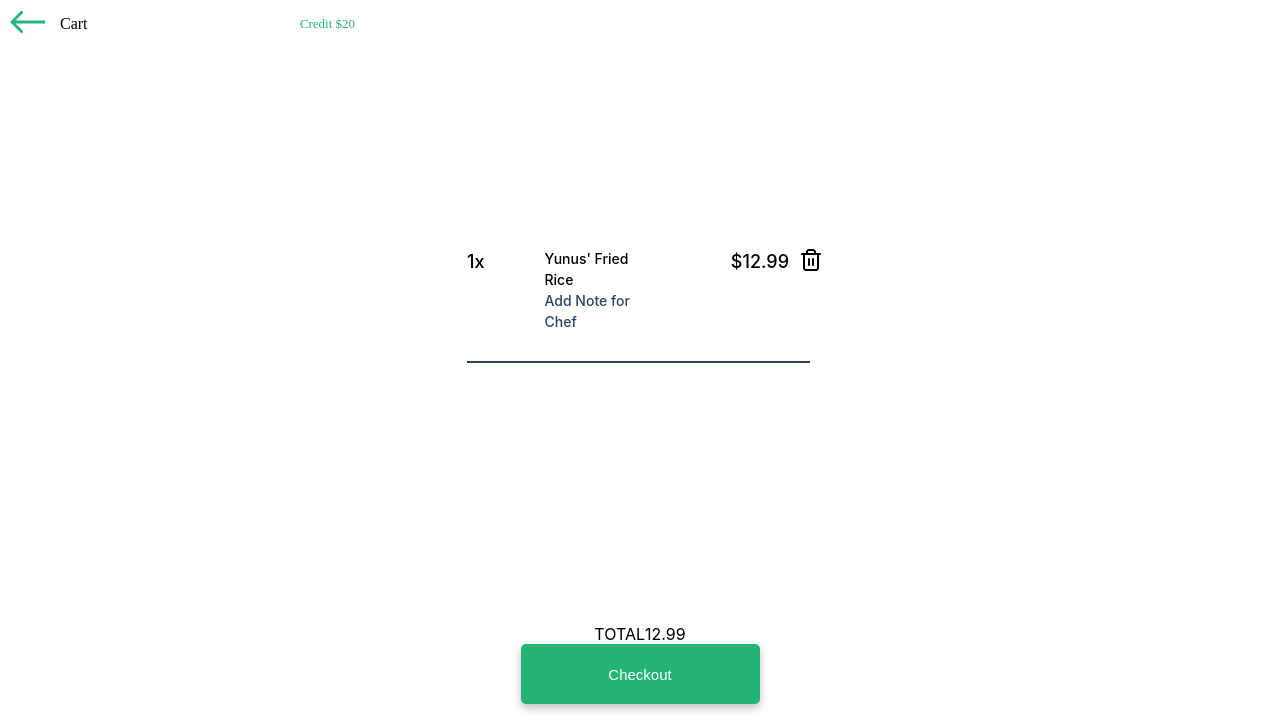
Repository: nguyenlejoe/HomeChef
Page: / (app in app/)
These files come from the project's save history. The page is drawn as it stood at one moment and after the next save; the edit follows.
The browser window is 1280 px wide. The pictures show the whole page.
The project was rebuilt for these pictures with package versions that can differ from the ones it lists, and the page was loaded fresh each time.

Above is the page before, as saved 2020-11-05 11:02:13.

### app/src/App.js
import React from 'react';
//import logo from './logo.svg';
//import './App.css';
import Pages from './pages/Checkout';

function App() {
  return (
    <Pages />
  );
}

export default App;

### app/src/pages/Checkout.js
import React from 'react';
import './Checkout.scss';
import CheckoutItem from '../comps/CheckoutItem';
import Button from '../comps/MainButton';
import TopBar from '../comps/TopBar';

export default function CheckoutPage() {
  return<div className="app">
       <div className="cart">
           <TopBar text="Cart"></TopBar>
       </div>
       <div className="checkout">
           <CheckoutItem></CheckoutItem>
       </div>

        <div className="total">
            <div>TOTAL</div>
            <div>12.99</div>
        </div>
        <div className="button">
            <Button text="Checkout"></Button>
        </div>
    </div>
}

### app/src/pages/Checkout.scss
.app{
    width: 100vw;
    height:100vh;
    overflow-x: hidden;

}

.cart{
    margin-bottom: 200px;
}

.checkout{
    margin-bottom: 300px;
    display: flex;
    justify-content: center;
}

.total{
    display: flex;
    justify-content: center;
}

.button{
    display: flex;
    justify-content: center;
}

### app/src/comps/CheckoutItem/index.js
import React from 'react';
import styled, {css} from 'styled-components';

const Checkoutitemcont = styled.div`

max-width:346px;
max-height:76px;


`
const Carttxt = styled.div`
display:flex;
flex-direction:row;
`
const Quantity = styled.div`
Margin-right: 60px;font-size: 18px;
font-style: normal;
font-weight: 500;
line-height: 27px;
letter-spacing: 0em;
text-align: left;

`

const ItemName = styled.div`
Margin-right: 90px;
font-size: 14px;
font-style: normal;
font-weight: 500;
line-height: 21px;
letter-spacing: 0em;
text-align: left;

`

const ChefNote = styled.div`
color: #2B445E;
cursor:pointer;

`

const Price = styled.div`
font-size: 18px;
font-style: normal;
font-weight: 500;
line-height: 27px;
letter-spacing: 0em;
text-align: left;

`

const Delete = styled.div`

`

const Bottomhr = styled.div`
height: 0px;
width: 341px;
border-radius: nullpx;
border: 1px solid #2B445E;
margin-top:29px;

`

const Iconcont = styled.div `
position:relative;
left:10px;
`









const CheckoutItem = ({Quant, Itemnm, Note, Pricetag,}) => {

    return <Checkoutitemcont>
            <Carttxt>
            <Quantity>{Quant}</Quantity>
            <ItemName>{Itemnm}<ChefNote>   {Note}</ChefNote></ItemName>
            <Price>{Pricetag}</Price>
            <Delete></Delete>
            <Iconcont>
            <img src="/trash-2.svg"/>
            </Iconcont>
            </Carttxt>
            <Bottomhr>

            </Bottomhr>
    </Checkoutitemcont>

}

CheckoutItem.defaultProps = {

    Quant:"1x",
    Itemnm:"Yunus' Fried Rice",
    Note:"Add Note for Chef",
    Pricetag:"$12.99",

}

export default CheckoutItem;

### app/src/comps/MainButton/index.js
import React from 'react';
import styled, {css} from 'styled-components';
import icon2 from '../../assets/DollarSign.png';

const ButtonContainer = styled.button`
    width: ${props =>props.width ? props.width : '239px'};
    height: ${props =>props.height ? props.height : '60px'};
    background-color: ${props =>props.bgcolor ? props.bgcolor : '#24B574'};
    border-radius: ${props =>props.radius ? props.radius : '5px'};
    display: flex;
    justify-content: center;
    align-items: center;
    filter: drop-shadow(0px 4px 4px rgba(0, 0, 0, 0.25));
    border:none;
`;

const ButtonText = styled.p`
    text-align: center;
    font-size: ${props =>props.fontSize ? props.fontSize : '15px'};;
    color:${props =>props.textColor ? props.textColor : '#FFFFFF'};
`;

const Icon = styled.div`
    ${() => css`
        background-image: url(${props =>props.icon1 ? props.icon1 : icon2});
        background-color:white;
        padding:10px;
        background-repeat: no-repeat;
        background-position: center;
        position:absolute;
        left: 0px;
        `}
    `;

const Button = ({text,textColor,bgcolor, width, height, radius, fontSize}) => {
    return <ButtonContainer bgcolor = {bgcolor} height={height} width={width} radius={radius}>
                <ButtonText fontSize={fontSize} textColor = {textColor}>{text}</ButtonText>
            </ButtonContainer>
}

ButtonText.defaultprops = {
    color:null,
}

export default Button;

### app/src/comps/TopBar/index.js
import React from 'react';
import styled from 'styled-components';


const TopBarContainer = styled.div`
   font-family: Poppins;
   display:flex;
   align-items:center;
   width:350px;
   padding:10px;
   position:relative;
`;

const LeftArrowImg = styled.div`
    margin-right:15px;
`;

const TopLeftText = styled.div`
    display:flex;

`;

const CreditText = styled.div`
   color:#24B574;
   font-size:13px;
   position:absolute;
   right:15px;
`;


const TopBar = ({text}) => {

    return <TopBarContainer>
            <LeftArrowImg><img src='/leftarrow.png' /></LeftArrowImg>
            <TopLeftText>{text}</TopLeftText>
            <CreditText>Credit $20</CreditText>
        </TopBarContainer>
}

TopBar.defaultProps = {

}

export default TopBar;

Loaded but not shown: app/public/index.html (common file); app/src/index.js (common file); app/src/index.css (common file); app/src/serviceWorker.js (common file)

After the next save:
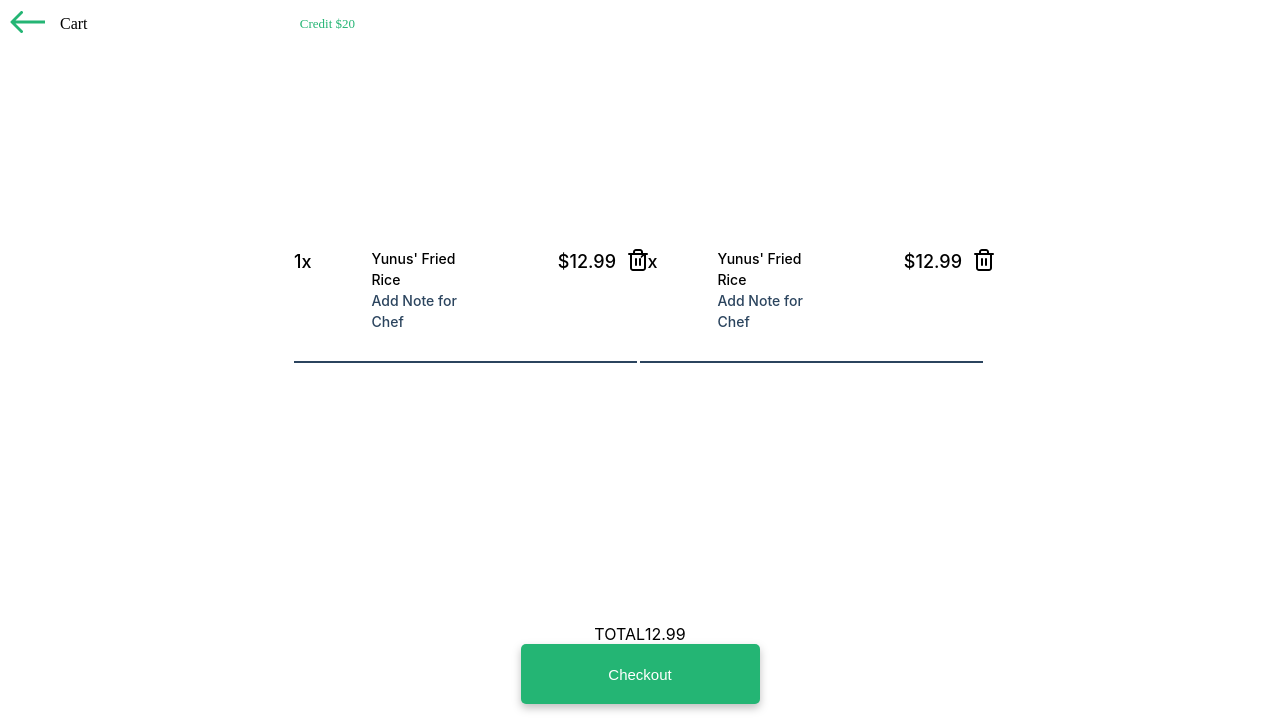
Saved 42 s later.
--- a/app/src/pages/Checkout.js
+++ b/app/src/pages/Checkout.js
@@ -11,6 +11,7 @@ export default function CheckoutPage() {
        </div>
        <div className="checkout">
            <CheckoutItem></CheckoutItem>
+           <CheckoutItem></CheckoutItem>
        </div>
 
         <div className="total">
